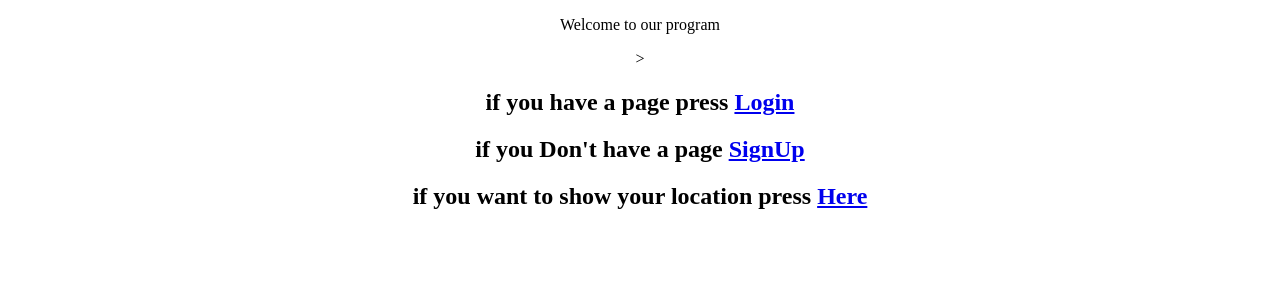
Repository: Mohammed7852/eclipse_Materials
Page: http://localhost/FCISquareApp/WEB-INF/jsp/welcome.jsp
An editor plug-in stored every save of this project. The page is shown before and after the next save, followed by the edit.
The browser window is 1280 px wide. The pictures show the whole page.
The page is served by Tomcat 9. Nobody is signed in. The template is opened directly, without the code that normally fills it, so the values that code supplies are empty.

Above is the page before, as saved 2016-03-26 17:11:23.

After the next save:
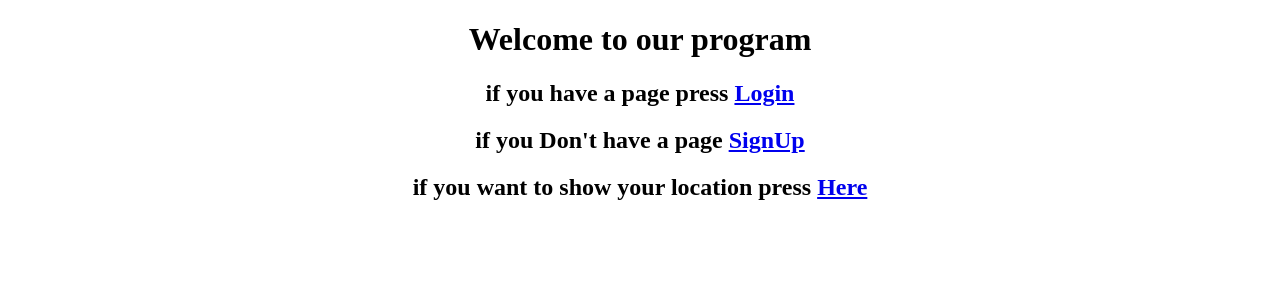
Saved 18 s later.
--- a/eclips/FCISquareApp/WebContent/WEB-INF/jsp/welcome.jsp
+++ b/eclips/FCISquareApp/WebContent/WEB-INF/jsp/welcome.jsp
@@ -3,7 +3,7 @@
 <!DOCTYPE html PUBLIC "-//W3C//DTD HTML 4.01 Transitional//EN" "http://www.w3.org/TR/html4/loose.dtd">
 <html>
 <title>HomePage</title>
-<center><p>Welcome to our program</p>></center>
+<center><h1>Welcome to our program</h1></center>
 
 <body>
 
